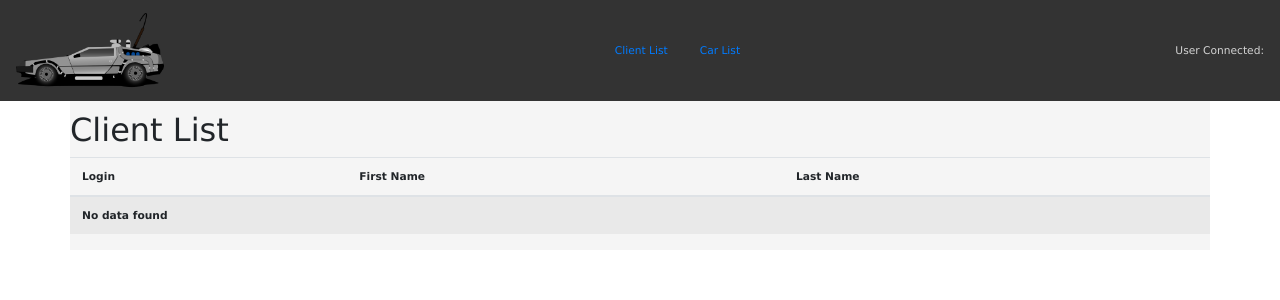
Repository: iamarnaud/tp_java_jee_CarRental
Page: http://localhost/VehicleRental/pages/clients.jsp
The author's editor kept a copy of each file at every save. The page is drawn from the files as they stood at one save, then again after the next save.
The browser window is 1280 px wide. The pictures show the whole page.
The page is served by Tomcat 9. Other server files are loaded and not shown. Queries for data that is not in the repository find no rows.

Above is the page before, as saved 2018-08-28 14:50:32.

### VehicleRental/WebContent/pages/clients.jsp
<%@ page language="java" contentType="text/html; charset=ISO-8859-1"
	pageEncoding="UTF-8"%>

<jsp:useBean id="client" scope="session"
	class="com.campusnumerique.vehiclerental.bean.ClientBean" />
<!DOCTYPE html PUBLIC "-//W3C//DTD HTML 4.01 Transitional//EN" "http://www.w3.org/TR/html4/loose.dtd">
<html>
<%@ include file="head.jsp" %>
<body>
	<%@ include file="header.jsp" %>
	<div class="container" id="content">
		<div class="row">
			<h2>Client List</h2>
			<table id="userTable" class="table table-striped">
				<thead>
					<tr>
						<th>Login</th>
						<th>First Name</th>
						<th>Last Name</th>
					</tr>
				</thead>
				<tbody>

				</tbody>
			</table>
		</div>
	</div>
</body>
</html>

### VehicleRental/WebContent/pages/head.jsp
<head>
	<meta http-equiv="Content-Type" content="text/html; charset=ISO-8859-1">
  	<meta name="viewport" content="width=device-width, initial-scale=1">
	<title>Client List</title>

	<!-- JQuery 3.3.1 -->
	<script src="https://code.jquery.com/jquery-3.3.1.min.js"></script>

	<!-- Bootstrap 4.1.3 -->
	<link rel="stylesheet" href="https://stackpath.bootstrapcdn.com/bootstrap/4.1.3/css/bootstrap.min.css">
	<script src="https://cdnjs.cloudflare.com/ajax/libs/popper.js/1.14.3/umd/popper.min.js"></script>
	<script src="https://stackpath.bootstrapcdn.com/bootstrap/4.1.3/js/bootstrap.min.js"></script>

	<!-- General -->
	<link rel="stylesheet" href="../resources/css/global.css" />
	<script src="../resources/js/client.js"></script>
</head>

### VehicleRental/WebContent/pages/header.jsp
<nav class="navbar navbar-light " id="header">
 <a class="navbar-brand" href="#">
	<img  src="../resources/images/delorean.png"/>
 </a>
  <ul class="nav nav-pills">
    <li class="nav-item">
      <a class="nav-link" href="./clients.jsp">Client List</a>
    </li>
    <li class="nav-item">
      <a class="nav-link" href="./cars.jsp">Car List</a>
    </li>
   </ul>
	<ul class="nav navbar-nav navbar-right">
		<li>User Connected: </li>
	</ul>
</nav>

### VehicleRental/src/com/campusnumerique/vehiclerental/bean/ClientBean.java
package com.campusnumerique.vehiclerental.bean;

public class ClientBean {

	private String login;
	private String mail;


	public ClientBean(){
		setLogin("NoUserLogin");
		setMail("");
	}


	public ClientBean(String aLogin, String mail){
		setLogin(aLogin);
		setMail(mail);
	}

	public String getLogin() {
		return login;
	}

	public void setLogin(String login) {
		this.login = login;
	}

	public String getMail() {
		return mail;
	}

	public void setMail(String mail) {
		this.mail = mail;
	}


}

### VehicleRental/WebContent/resources/css/global.css
#header{
	background-color:#333333;
	color:lightgrey;
	text-align:center
}
#header img{
	height:75px;
}
#content{
	background-color:#f5f5f5;
	padding-top:10px;
}


/* Général ------------------------------------------------------------------------------------- */

body, p, legend, label, input {
    font: normal 8pt verdana, helvetica, sans-serif;
}

fieldset {
    padding: 10px;
    border: 1px #0568CD solid;
}

legend {
    font-weight: bold;
    color: #0568CD;
}

/* Forms --------------------------------------------------------------------------------------- */

form label {
    float: left;
    width: 200px;
    margin: 3px 0px 0px 0px;
}

form input {
    margin: 3px 3px 0px 0px;
    border: 1px #999 solid;
}

form input.sansLabel {
    margin-left: 200px;
}

form .requis {
    color: #c00;
}

### VehicleRental/src/com/campusnumerique/vehiclerental/servlet/client/ClientServlet.java
package com.campusnumerique.vehiclerental.servlet.client;

import java.io.IOException;
import java.io.PrintWriter;
import java.sql.SQLException;
import javax.servlet.ServletException;
import javax.servlet.annotation.WebServlet;
import javax.servlet.http.HttpServlet;
import javax.servlet.http.HttpServletRequest;
import javax.servlet.http.HttpServletResponse;

import org.json.JSONArray;
import org.json.JSONObject;

import com.campusnumerique.vehiclerental.dao.ClientDAO;

/**
 * Servlet implementation class MyServlet
 */
@WebServlet("/ClientServlet")
public class ClientServlet extends HttpServlet {
	private static final long serialVersionUID = 1L;
    private ClientDAO clientDAO=null;
    /**
     * @throws ClassNotFoundException
     * @see HttpServlet#HttpServlet()
     */
    public ClientServlet() throws ClassNotFoundException {
        super();
        clientDAO= new ClientDAO();
    }

	/**
	 * @see HttpServlet#doGet(HttpServletRequest request, HttpServletResponse response)
	 */
	protected void doGet(HttpServletRequest request, HttpServletResponse response) throws ServletException, IOException {
		String wAction = "";
		JSONObject responseData = new JSONObject();
	    PrintWriter out = response.getWriter();
		response.setContentType("application/json");
		if(request.getParameter("action")!=null && !request.getParameter("action").equals("")){
			wAction=request.getParameter("action");
			if(wAction.equals("getClients")){

					JSONArray clients = clientDAO.findAllAsJson();
					responseData.put("clients", clients);
					response.setStatus(HttpServletResponse.SC_OK);

			}
			out.println(responseData.toString());
		}
		else{
			response.setStatus(HttpServletResponse.SC_NOT_ACCEPTABLE);
			out.println("No action given");
		}
	}

	/**
	 * @see HttpServlet#doPost(HttpServletRequest request, HttpServletResponse response)
	 */
	protected void doPost(HttpServletRequest request, HttpServletResponse response) throws ServletException, IOException {
		// TODO Auto-generated method stub
		doGet(request, response);
	}

}

Loaded but not shown: VehicleRental/src/org/json/JSONException.java (common file); VehicleRental/src/org/json/JSONPointerException.java (common file); VehicleRental/src/org/json/JSONString.java (common file); VehicleRental/WebContent/resources/js/client.js (42 lines, source omitted); VehicleRental/src/org/json/JSONObject.java (2563 lines, source omitted); VehicleRental/src/org/json/JSONArray.java (1541 lines, source omitted)

After the next save:
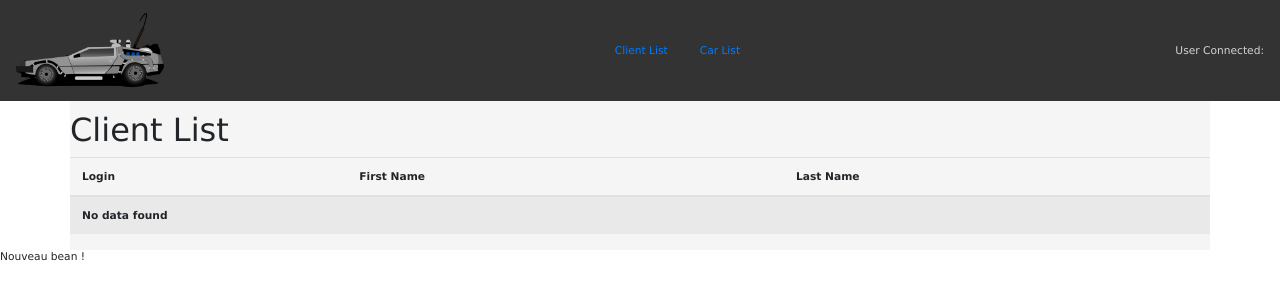
Saved 7 min 19 s later.
--- a/VehicleRental/WebContent/pages/clients.jsp
+++ b/VehicleRental/WebContent/pages/clients.jsp
@@ -25,5 +25,10 @@
 			</table>
 		</div>
 	</div>
+	<jsp:useBean id="ClientDAO" class="com.campusnumerique.vehiclerental.dao.ClientDAO">
+   <%-- Ici, vous pouvez placer ce que vous voulez :
+        définir des propriétés, créer d'autres objets, etc. --%>
+   <p>Nouveau bean !</p>
+</jsp:useBean>
 </body>
 </html>
